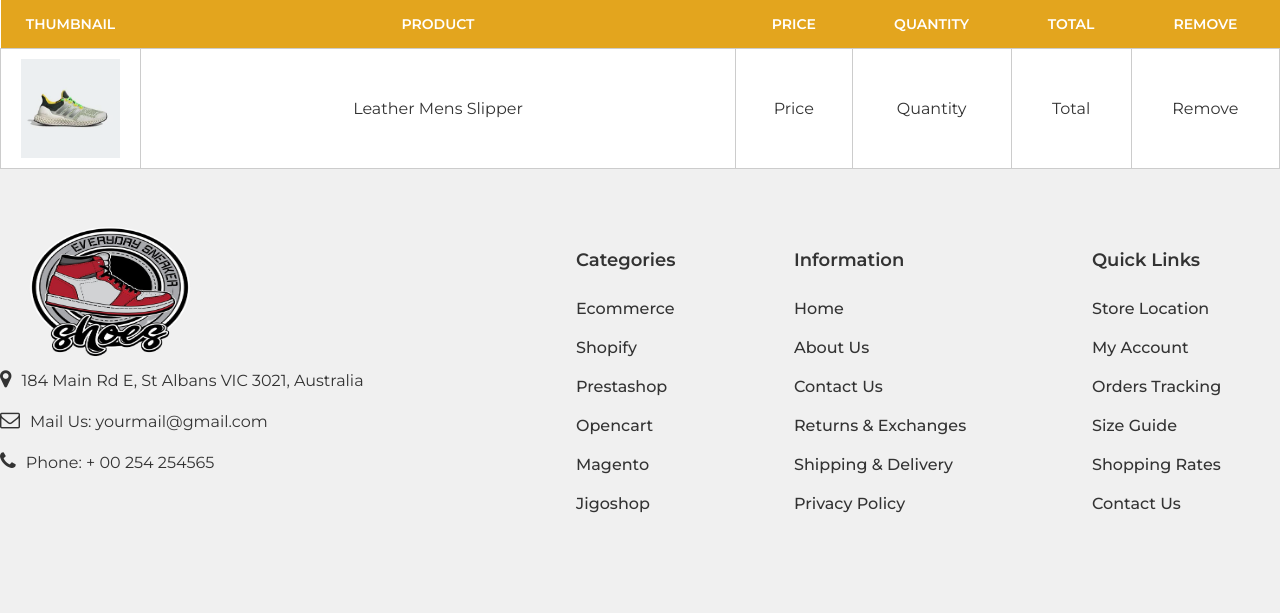
Repository: Toan3333/TranAnhToan
Page: pages/cart.html
An editor plug-in stored every save of this project. The page is shown before and after the next save, followed by the edit.
The browser window is 1280 px wide. The pictures show the part of the page from y = 328 to 941 px (the page is 941 px tall).

Above is the page before, as saved 2023-02-18 22:20:10.

After the next save:
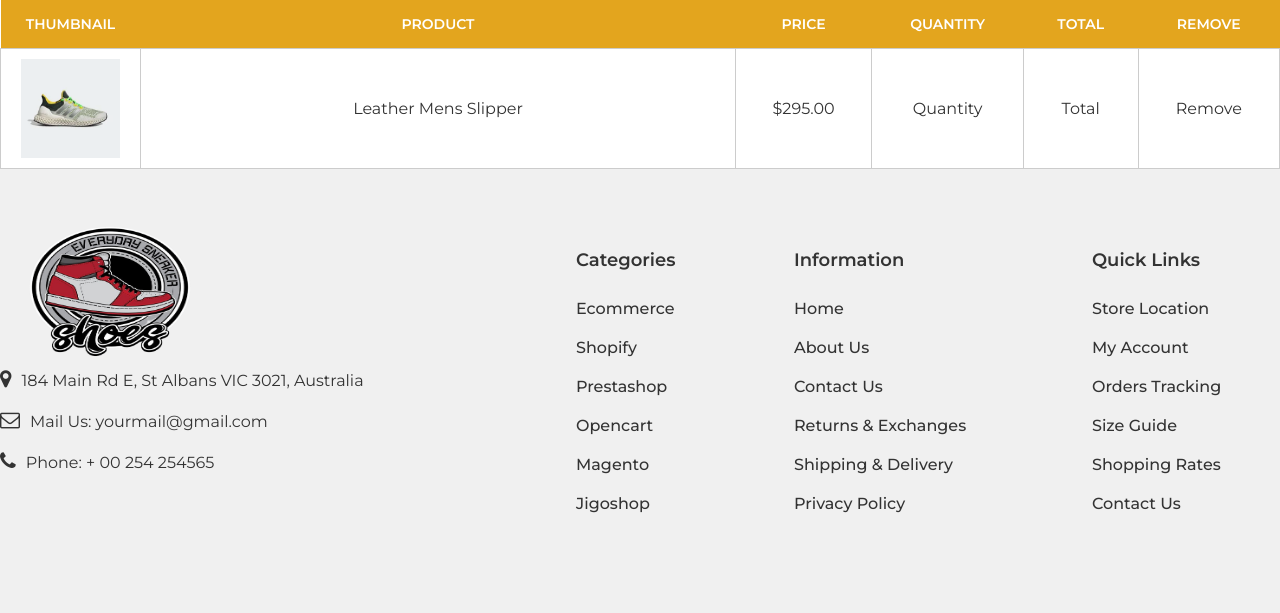
Saved 34 s later.
--- a/pages/cart.html
+++ b/pages/cart.html
@@ -80,7 +80,7 @@
                   <img src="../img/product-shop-1.webp" alt="" />
                 </td>
                 <td class="pro-title">Leather Mens Slipper</td>
-                <td class="pro-price">Price</td>
+                <td class="pro-price">$295.00</td>
                 <td class="pro-quantity">Quantity</td>
                 <td class="pro-subtotal">Total</td>
                 <td class="pro-remove">Remove</td>
